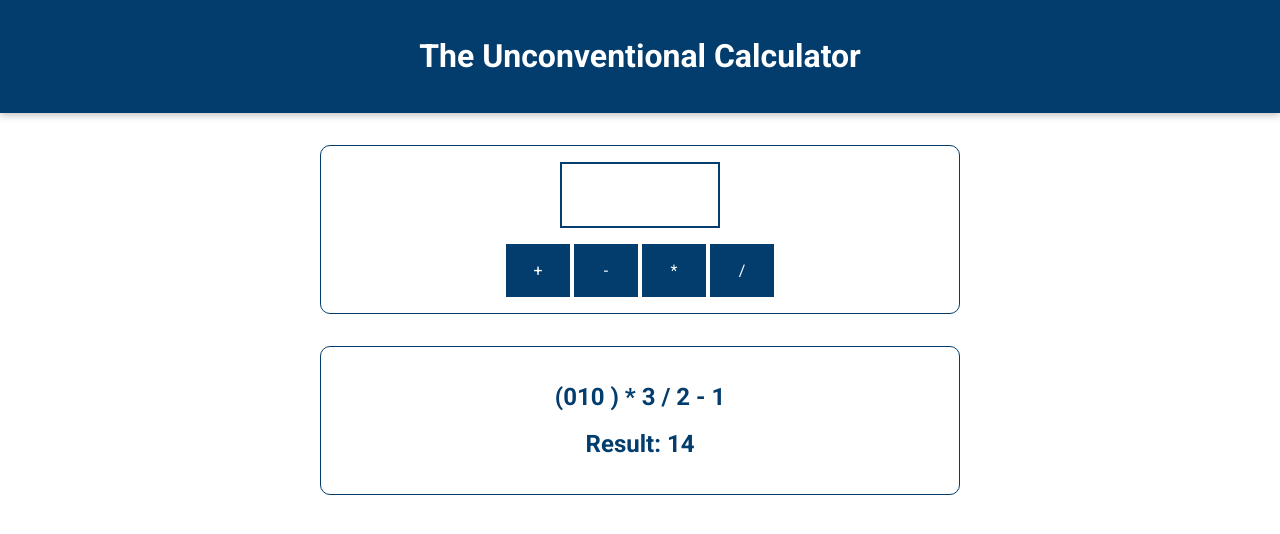
Repository: rafal-bedkowski/JSFundamentalCourse
Page: index.html
The author's editor kept a copy of each file at every save. The page is drawn from the files as they stood at one save, then again after the next save.
The browser window is 1280 px wide. The pictures show the whole page.

Above is the page before, as saved 2022-09-06 11:50:13.

### index.html
<!DOCTYPE html>
<html lang="en">
  <head>
    <meta charset="UTF-8" />
    <meta name="viewport" content="width=device-width, initial-scale=1.0" />
    <meta http-equiv="X-UA-Compatible" content="ie=edge" />
    <title>Basics</title>
    <link
      href="https://fonts.googleapis.com/css?family=Roboto:400,700&display=swap"
      rel="stylesheet"
    />
    <link rel="stylesheet" href="./assets/styles/app.css" />
  </head>
  <body>
    <header>
      <h1>The Unconventional Calculator</h1>
    </header>

    <section id="calculator">
      <input type="number" id="input-number" />
      <div id="calc-actions">
        <button type="button" id="btn-add">+</button>
        <button type="button" id="btn-subtract">-</button>
        <button type="button" id="btn-multiply">*</button>
        <button type="button" id="btn-divide">/</button>
      </div>
    </section>
    <section id="results">
      <h2 id="current-calculation">0</h2>
      <h2>Result: <span id="current-result">0</span></h2>
    </section>
    <script src="./assets/scripts/vendor.js"></script>
    <script src="./assets/scripts/app.js"></script>
  </body>
</html>

### assets/styles/app.css
* {
  box-sizing: border-box;
}

html {
  font-family: 'Roboto', open-sans;
}

body {
  margin: 0;
}

header {
  background: #023d6d;
  color: white;
  padding: 1rem;
  text-align: center;
  box-shadow: 0 2px 8px rgba(0, 0, 0, 0.26);
  width: 100%;
}

#results,
#calculator {
  margin: 2rem auto;
  width: 40rem;
  max-width: 90%;
  border: 1px solid #023d6d;
  border-radius: 10px;
  padding: 1rem;
  color: #023d6d;
}

#results {
  text-align: center;
}

#calculator input {
  font: inherit;
  font-size: 3rem;
  border: 2px solid #023d6d;
  width: 10rem;
  padding: 0.15rem;
  margin: auto;
  display: block;
  color: #023d6d;
  text-align: center;
}

#calculator input:focus {
  outline: none;
}

#calculator button {
  font: inherit;
  background: #023d6d;
  color: white;
  border: 1px solid #023d6d;
  padding: 1rem;
  cursor: pointer;
}

#calculator button:focus {
  outline: none;
}

#calculator button:hover,
#calculator button:active {
  background: #084f88;
  border-color: #084f88;
}

#calc-actions button {
  width: 4rem;
}

#calc-actions {
  margin-top: 1rem;
  text-align: center;
}

### assets/scripts/app.js
const defaultResult = 0;
let currentResult = defaultResult;

currentResult = ((currentResult + 10) * 3) / 2 - 1;

let calculateDescription = '(' + defaultResult + '10 ) * 3 / 2 - 1';

outputResult(currentResult, calculateDescription);

Loaded but not shown: assets/scripts/vendor.js (common file)

After the next save:
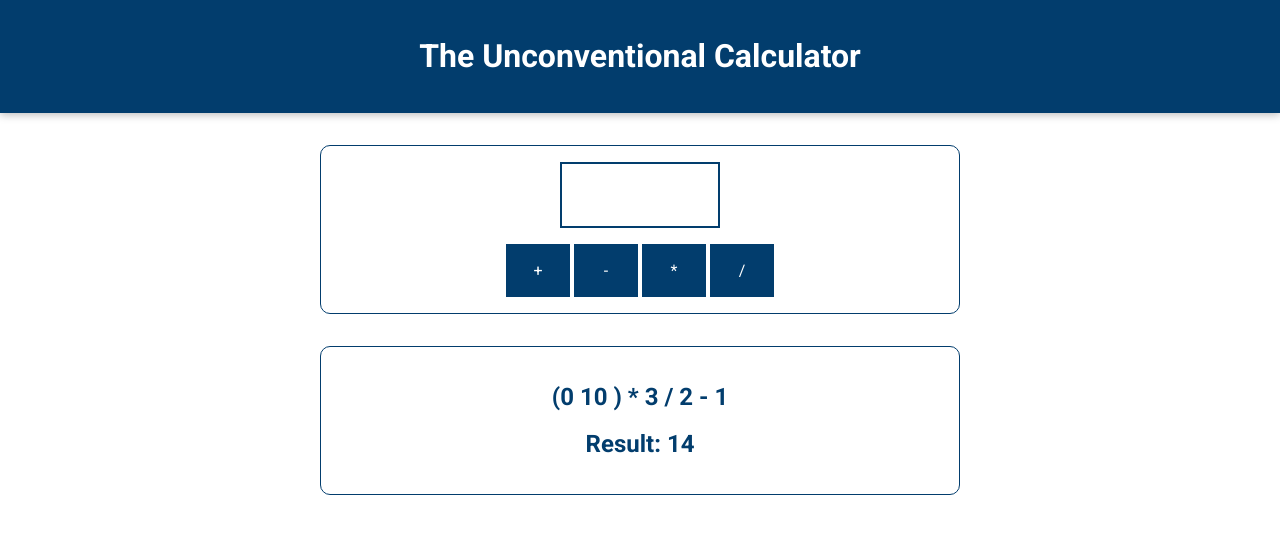
Saved 12 s later.
--- a/assets/scripts/app.js
+++ b/assets/scripts/app.js
@@ -3,6 +3,6 @@ let currentResult = defaultResult;
 
 currentResult = ((currentResult + 10) * 3) / 2 - 1;
 
-let calculateDescription = '(' + defaultResult + '10 ) * 3 / 2 - 1';
+let calculateDescription = '(' + defaultResult + ' 10 ) * 3 / 2 - 1';
 
 outputResult(currentResult, calculateDescription);
